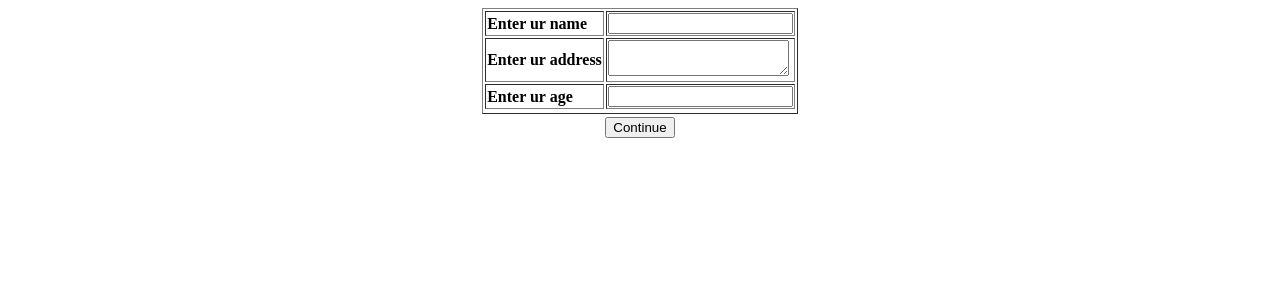
Repository: MaheshYadavM/my-frist-repo
Page: HttpSessionApp/WebContent/index.html
An editor plug-in stored every save of this project. The page is shown before and after the next save, followed by the edit.
The browser window is 1280 px wide. The pictures show the whole page.

Above is the page before, as saved 2022-08-30 06:58:38.

### HttpSessionApp/WebContent/index.html
<!DOCTYPE html>
<html>
<head>

<title>Session exp</title>
</head>
<body>
	<center>
		<form name="ex" action="./test1" method="post">
			<table border="1">
				<tr>
					<th align="left">Enter ur name</th>
					<td><input type="text" name="ex_name" value=""></input></td>
				</tr>


				<tr>
					<th align="left">Enter ur address</th>
					<td><textarea name="ex_add" value=""></textarea></td>
				</tr>

				<tr>
					<th align="left">Enter ur age</th>
					<td><input type="text" name="ex_age" value=""></input></td>
				</tr>


				<tr>
					<table>
						<tr>
							<td align="center"><input type="submit" name="ex_continue"
								value="Continue"></td>
						</tr>
					</table>
				</tr>

			</table>
		</form>
	</center>
</body>
</html>

After the next save:
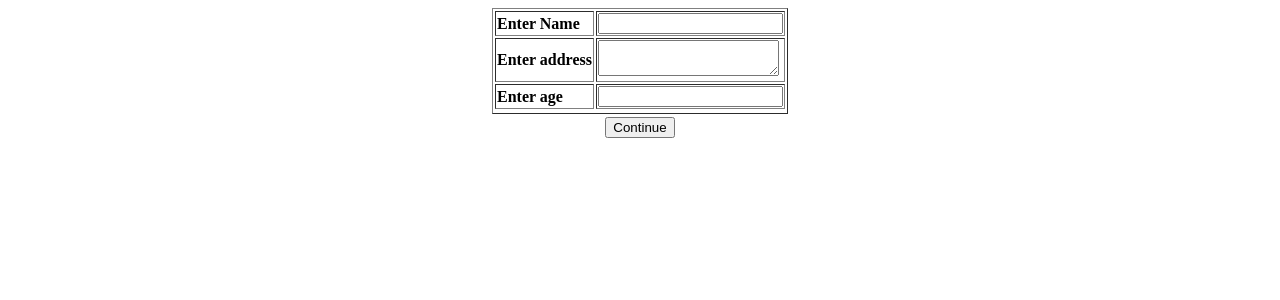
Saved 5 min 55 s later.
--- a/HttpSessionApp/WebContent/index.html
+++ b/HttpSessionApp/WebContent/index.html
@@ -9,18 +9,18 @@
 		<form name="ex" action="./test1" method="post">
 			<table border="1">
 				<tr>
-					<th align="left">Enter ur name</th>
+					<th align="left">Enter Name</th>
 					<td><input type="text" name="ex_name" value=""></input></td>
 				</tr>
 
 
 				<tr>
-					<th align="left">Enter ur address</th>
+					<th align="left">Enter  address</th>
 					<td><textarea name="ex_add" value=""></textarea></td>
 				</tr>
 
 				<tr>
-					<th align="left">Enter ur age</th>
+					<th align="left">Enter  age</th>
 					<td><input type="text" name="ex_age" value=""></input></td>
 				</tr>
 
